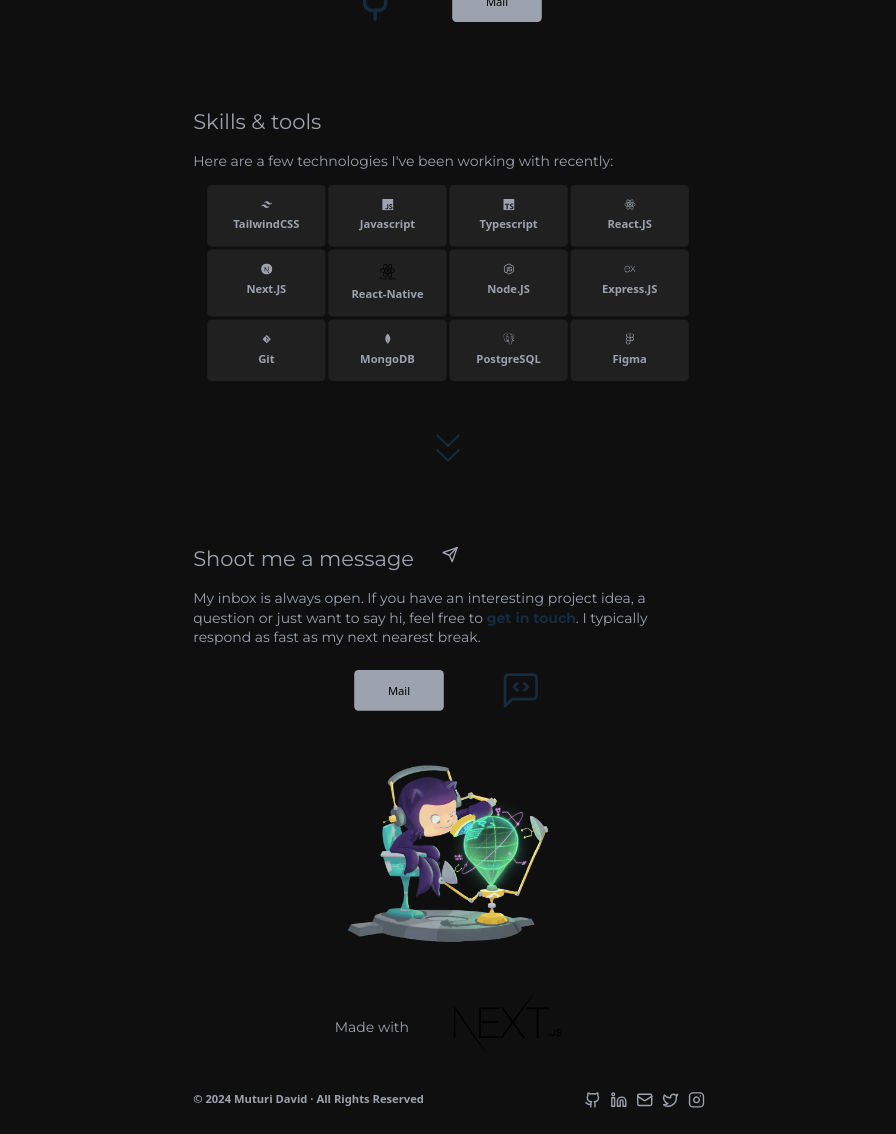
Repository: tushcmd/tushdev-portfolio
Page: /
The author's editor kept a copy of each file at every save. The page is drawn from the files as they stood at one save, then again after the next save.
The browser window is 1280 px wide. The pictures show the part of the page from y = 1016 to 2936 px (the page is 2636 px tall before and 2936 px after), at 70% of full size.
The project was rebuilt for these pictures with package versions that can differ from the ones it lists, and the page was loaded fresh each time. The framework's server and built-in components were replaced by stand-ins that run in the browser. Also part of the build but not shown: next.config.js.

Above is the page before, as saved 2024-05-26 02:39:34.

### app/layout.tsx
import type { Metadata } from 'next'
import { Inter } from 'next/font/google'
import './globals.css'


const inter = Inter({ subsets: ['latin'] })

export const metadata: Metadata = {
  metadataBase: new URL('https://tushdev.co/'),
  alternates: {
    canonical: 'https://tushdev.co/',
    languages: {
      'en-US': '/en-US',
      'de-DE': '/de-DE',
    },
  },
  title: 'Muturi | Web & Mobile developer',
  description: 'I am highly passionate about creating sleek and reliable software.',
  robots: 'index, follow',
  openGraph: {
    title: 'Muturi | Web & Mobile developer',
    description: 'Passionate web developer who loves creating sleek and reliable software.',
    url: 'https://tushdev.co/',
  }
}

export default function RootLayout({
  children,
}: {
  children: React.ReactNode
}) {
  return (
    <html lang="en">
      <body className={`{inter.className} bg-primary w-full overflo-y-visible overflow-x-hidden`} >{children}</body>
    </html>
  )
}

### app/page.tsx
import Navbar from './components/shared/nav';
import Hero from '@/app/components/hero';
import About from './components/about';
import Skills from '@/app/components/Skills/skills'

import GetInTouch from './components/getintouch';
import Footer from './components/shared/footer';
import Projects from './components/projects/projects';

export default function Page() {
  return (
    <main>
      <Navbar />
      <Hero />
      <About />
      <Skills />
      <GetInTouch />
      <Projects />
      <Footer />
    </main>
  );
}

### app/components/shared/nav.tsx
'use client'

import Link from 'next/link';
import { comfortaa } from '@/app/fonts';
import { useEffect } from 'react';

export default function Navbar() {
  useEffect(() => {
    const handleScroll = () => {
      const header = document.getElementById('header');

      if (header && window.scrollY > 10) {
        header.classList.add('border-[#202020]')
        header.classList.add('border-b-2')
        header.classList.add('shadow-md');
      } else if (header) {
        header.classList.remove('border-[#202020]')
        header.classList.remove('border-b-2')
        header.classList.remove('shadow-md');
      }
    };

    window.addEventListener('scroll', handleScroll);

    return () => {
      window.removeEventListener('scroll', handleScroll);
    };
  }, []);

  return (
    <header id='header' className='fixed flex justify-center items-center w-full z-50 t-0 bg-[#0F0F0F]'>
      <div className='flex items-start max-w-3xl py-3 w-full md:px-5 px-5 justify-between'>
        <Link
          href='/'
          className={`${comfortaa.className} antialiased text-4xl text-gray-400`}
        >
          david<span>.</span>
        </Link>
        <div className='flex items-center gap-2'>
          <a
            href='https://www.linkedin.com/in/tushdev/'
            target='_blank'
            rel='_noreferrer'
            className='flex items-center gap-1 md:hover:bg-slate-200 rounded-md px-5 bg-white text-black font-medium py-[0.45rem]'
          >
            <svg
              stroke='currentColor'
              fill='currentColor'
              stroke-width='0'
              viewBox='0 0 448 512'
              className='mt-[0.03rem]'
              height='1em'
              width='1em'
              xmlns='http://www.w3.org/2000/svg'
            >
              <path d='M416 32H31.9C14.3 32 0 46.5 0 64.3v383.4C0 465.5 14.3 480 31.9 480H416c17.6 0 32-14.5 32-32.3V64.3c0-17.8-14.4-32.3-32-32.3zM135.4 416H69V202.2h66.5V416zm-33.2-243c-21.3 0-38.5-17.3-38.5-38.5S80.9 96 102.2 96c21.2 0 38.5 17.3 38.5 38.5 0 21.3-17.2 38.5-38.5 38.5zm282.1 243h-66.4V312c0-24.8-.5-56.7-34.5-56.7-34.6 0-39.9 27-39.9 54.9V416h-66.4V202.2h63.7v29.2h.9c8.9-16.8 30.6-34.5 62.9-34.5 67.2 0 79.7 44.3 79.7 101.9V416z'></path>
            </svg>
            Connect
          </a>
        </div>
      </div>
    </header>
  );
}

### app/components/about.tsx
import { montserrat } from '@/app/fonts'
import about from '@/constants/about';

export default async function About() {
  return (
    <section className='relative flex flex-col justify-center items-center'>
      <div className='flex items-start flex-col md:max-w-3xl pb-10 w-full md:px-5 px-5 justify-between'>
        <h2
          className={`${montserrat.className} text-gray-400 text-2xl md:text-3xl pb-6`}
        >
          About Me
        </h2>
        <p className={`${montserrat.className} text-gray-400 text-base md:text-xl`}>
          I&apos;m {about.paragraph} <br />
          {about.paragraph2}
        </p>
        <i className={`${montserrat.className} text-gray-400 text-base md:text-xl py-6 items-center}`}>ⓘ this dev is subscribed to fireship on YouTube </i>
        <div className='flex flex-row md:max-w-3xl pt-3 md:py-5 py-10 w-full md:px-5 px-5 justify-center space-x-12 md:space-x-20'>
          <svg
            xmlns='http://www.w3.org/2000/svg'
            width='60'
            height='60'
            viewBox='0 0 24 24'
            fill='none'
            stroke='#142c3e'
            stroke-width='2'
            stroke-linecap='round'
            stroke-linejoin='round'
            className='lucide lucide-plug'
          >
            <path d='M12 22v-5' />
            <path d='M9 8V2' />
            <path d='M15 8V2' />
            <path d='M18 8v5a4 4 0 0 1-4 4h-4a4 4 0 0 1-4-4V8Z' />
          </svg>
          <div className='flex items-center gap-2'>
            <a
              href='mailto:muturidavid854@gmail.com'
              target='_blank'
              rel='_noreferrer'
              className='flex items-center gap-1 md:hover:bg-slate-200 text-xm md:text-base rounded-md px-12 bg-gray-400 text-black font-medium py-[1.08rem]'
            >
              Mail
            </a>
          </div>
        </div>
      </div>
    </section>
  );
}

### app/components/Skills/skills.tsx
import { montserrat } from '../../fonts';
import { skills } from './SkillsList.js';

export default async function Skills() {
  return (
    <section className='relative flex flex-col justify-center items-center pt-3 md:py-6'>
      <div className='flex items-start flex-col md:max-w-3xl py-10 w-full md:px-5 px-5 justify-between'>
        <h2
          className={`${montserrat.className} text-gray-400 text-2xl md:text-3xl pb-6`}
        >
          Skills &#x26; tools
        </h2>
        <p
          className={`${montserrat.className} text-gray-400 text-base md:text-xl`}
        >
          Here are a few technologies I&apos;ve been working with recently:
        </p>
        <div className='px-5 mb-5 w-full'>
          <ul className='grid grid-cols-2 gap-1 mt-5 md:grid-cols-4'>
            {skills.map((skill) => {
              const { title, icon } = skill;
              return (
                <li
                  key={skill.id}
                  className='flex flex-col items-center gap-2 p-5 font-semibold rounded-md text-gray-400 bg-[#202020] opacity-1 transform scale-100 translate-x-0 translate-y-0'
                >
                  {icon}
                  {title}
                </li>
              );
            })}
          </ul>
        </div>
        <div className='justify-center flex w-full py-10'>
          <svg
            xmlns='http://www.w3.org/2000/svg'
            width='72'
            height='72'
            viewBox='0 0 24 24'
            fill='none'
            stroke='#142c3e'
            stroke-width='1'
            stroke-linecap='round'
            stroke-linejoin='round'
            className='lucide lucide-chevrons-down'
          >
            <path d='m7 6 5 5 5-5' />
            <path d='m7 13 5 5 5-5' />
          </svg>
        </div>
      </div>
    </section>
  );
}

### app/components/getintouch.tsx
import { montserrat } from '@/app/fonts';

export default async function GetInTouch() {
  return (
    <section className='relative flex flex-col justify-center items-center'>
      <div className='flex items-start flex-col md:max-w-3xl pb-10 w-full md:px-5 px-5 justify-between'>
        <div className='flex items-center'>
            <h6
            className={`${montserrat.className} text-gray-400 text-2xl md:text-3xl pb-6 inline-flex`}
            >
            Shoot me a message
            <span>
                <svg
                xmlns='http://www.w3.org/2000/svg'
                width='24'
                height='24'
                viewBox='0 0 24 24'
                fill='none'
                stroke='currentColor'
                stroke-width='2'
                stroke-linecap='round'
                stroke-linejoin='round'
                className='lucide lucide-send ml-10'
                >
                <path d='m22 2-7 20-4-9-9-4Z' />
                <path d='M22 2 11 13' />
                </svg>
            </span>
            </h6>
        </div>
        <p
          className={`${montserrat.className} text-gray-400 text-base md:text-xl`}
        >
          My inbox is always open. If you have an interesting project idea, a
          question or just want to say hi, feel free to <span className='font-bold text-[#142c3e]'>get in touch</span>. I typically respond as
          fast as my next nearest break.
        </p>
        <div className='flex flex-row md:max-w-3xl md:py-8 py-10 w-full md:px-5 px-5 justify-center space-x-12 md:space-x-20'>
          <div className='flex items-center gap-2'>
            <a
              href='mailto:muturidavid854@gmail.com'
              target='_blank'
              rel='_noreferrer'
              className='flex items-center gap-1 md:hover:bg-slate-200 text-xm md:text-base rounded-md px-12 bg-gray-400 text-black font-medium py-[1.08rem]'
            >
              Mail
            </a>
          </div>
          <svg
            xmlns='http://www.w3.org/2000/svg'
            width='60'
            height='60'
            viewBox='0 0 24 24'
            fill='none'
            stroke='#142c3e'
            stroke-width='1.5'
            stroke-linecap='round'
            stroke-linejoin='round'
            className='lucide lucide-message-square-code'
          >
            <path d='M21 15a2 2 0 0 1-2 2H7l-4 4V5a2 2 0 0 1 2-2h14a2 2 0 0 1 2 2z' />
            <path d='m10 8-2 2 2 2' />
            <path d='m14 8 2 2-2 2' />
          </svg>
        </div>
      </div>
    </section>
  );
}

### app/components/shared/footer.tsx
import { Github } from 'lucide-react';
import { Linkedin } from 'lucide-react';
import { Instagram } from 'lucide-react';
import { Twitter } from 'lucide-react';
import { Mail } from 'lucide-react'
import { montserrat } from '../../fonts';

export default async function Footer() {

  const currentYear = new Date().getFullYear();

  return (
    <section className='relative flex flex-col justify-center items-center pt-16'>
      <div className='flex flex-col md:flex-row md:max-w-3xl items-center gap-8 md:gap-16 justify-center'>
        <p className={`${montserrat.className} text-gray-400 text-xl pt-3`}>Made with</p>
        <svg
          height='92.7'
          preserveAspectRatio='xMidYMid'
          viewBox='0 0 512 309'
          width='153.6'
          xmlns='http://www.w3.org/2000/svg'
        >
          <path d='m120.81043 80.5613102h96.567895v7.6753487h-87.715838v57.7670991h82.485077v7.675348h-82.485077v63.422619h88.721754v7.675348h-97.573811zm105.21877 0h10.260338l45.467384 63.4226188 46.4733-63.4226188 63.211264-80.5613102-103.850254 150.649363 53.514709 74.12771h-10.662704l-48.686315-67.462275-48.887497 67.462275h-10.461521l53.917074-74.12771zm118.899221 7.6753486v-7.6753486h110.047164v7.6753487h-50.698145v136.5404141h-8.852058v-136.5404141zm-344.928421-7.6753486h11.0650714l152.5808586 228.3226968-63.054372-84.106934-91.33713469-133.3086883-.40236623 133.3086883h-8.85205708zm454.083705 134.2241588c-1.808538 0-3.164943-1.401289-3.164943-3.212184 0-1.810897 1.356405-3.212186 3.164943-3.212186 1.830069 0 3.164943 1.401289 3.164943 3.212186 0 1.810895-1.334874 3.212184-3.164943 3.212184zm8.69821-8.450851h4.736648c.06459 2.565437 1.937721 4.290101 4.693588 4.290101 3.078821 0 4.822769-1.854014 4.822769-5.324899v-21.989457h4.82277v22.011016c0 6.251906-3.617077 9.852139-9.602478 9.852139-5.619388 0-9.473297-3.492442-9.473297-8.8389zm25.38413-.280256h4.779709c.409074 2.953486 3.294124 4.829057 7.449457 4.829057 3.875441 0 6.717429-2.004921 6.717429-4.764383 0-2.371411-1.808538-3.794259-5.920812-4.764383l-4.004619-.970122c-5.619389-1.315057-8.181486-4.031402-8.181486-8.601759 0-5.540482 4.521348-9.226949 11.303367-9.226949 6.308355 0 10.915822 3.686467 11.195715 8.925132h-4.693588c-.452134-2.867252-2.949641-4.65659-6.566718-4.65659-3.810849 0-6.351414 1.832454-6.351414 4.635033 0 2.220503 1.636295 3.492442 5.683978 4.441008l3.423305.840772c6.372946 1.487524 8.999632 4.074517 8.999632 8.752668 0 5.950089-4.607467 9.679672-11.970803 9.679672-6.889671 0-11.518667-3.557118-11.863152-9.119156z' />
        </svg>
      </div>
      <div className='flex items-center flex-col md:max-w-3xl md:flex-row-reverse pt-5 pb-2 w-full md:px-5 px-5 justify-between border-t-0'>
        <div className='flex space-x-4 py-8 flex-row text-gray-400'>
          <a
            href='https://github.com/tushcmd'
            className='w-[21px] h-[21px] object-contain cursor-pointer'
          >
            <Github />
          </a>
          <a
            href='https://www.linkedin.com/in/tushdev/'
            className='w-[21px] h-[21px] object-contain cursor-pointer'
          >
            <Linkedin />
          </a>
          <a
            href='mailto:muturidavid854@gmail.com'
            className='w-[21px] h-[21px] object-contain cursor-pointer'
          >
            <Mail />
          </a>
          <a
            href='https://twitter.com/00tush_'
            className='w-[21px] h-[21px] object-contain cursor-pointer'
          >
            <Twitter />
          </a>
          <a
            href='https://www.instagram.com/6eingtush/'
            className='w-[21px] h-[21px] object-contain cursor-pointer'
          >
            <Instagram />
          </a>
        </div>
        <div>
          <strong className='text-gray-400 text-base '>
            <span>&copy;</span> {currentYear} Muturi David · All Rights Reserved
          </strong>
        </div>
      </div>
    </section>
  );
}

### app/components/projects/projects.tsx
import Image from "next/image";

export default function Projects() {
    return(
        <section className='relative flex flex-col justify-center items-center'>
            <Image
                src="/dark-thin.png"
                alt="tush coding"
                width={300}
                height={300}
            />
            <div className="bg-[url('/ssscribble.svg')]"></div>
        </section>
    );
}

### app/fonts.ts
import { Inter, Comfortaa, Open_Sans, Montserrat } from 'next/font/google';

export const inter = Inter({ subsets: ['latin'] });

export const comfortaa = Comfortaa({
  weight: ['400', '700'],
  subsets: ['latin'],
});

export const opensans = Open_Sans({
    weight: ['300', '400', '500', '600', '700', '800'],
    subsets: ['latin']
});

export const montserrat = Montserrat({
  weight: ['300', '400', '500', '600', '700', '800'],
  subsets: ['latin'],
});

### constants/hero.ts
interface Hero {
    greet: string;
    name: string;
    paragraph: string;
}

const hero: Hero = {
    greet: 'Hi there, I am',
    name: 'Muturi David',
    paragraph: `I build web and mobile
    apps`,
};

export default hero;

### constants/about.ts
interface About {
  paragraph: string;
  paragraph2: string;
}

const about: About = {
  paragraph: ' highly passionate about creating sleek and reliable software.',
  paragraph2:
    'I aim at perfecting in building scalable products with high perfomance experiences. I enjoy creating beautiful websites and apps with modern UI/UX.',
};

export default about;

### tailwind.config.ts
import type { Config } from 'tailwindcss'

const config: Config = {
  content: [
    './pages/**/*.{js,ts,jsx,tsx,mdx}',
    './components/**/*.{js,ts,jsx,tsx,mdx}',
    './app/**/*.{js,ts,jsx,tsx,mdx}',
  ],
  theme: {
    extend: {
      colors: {
        primary: "#0F0F0F",
        heading: "#FFFFFF",
        dimGray: "D1D5DB",
        iconBg: '#9CA3AF',
        iconText: '202020',
      },
      screens: {
        sm: '480px',
        md: '768px',
        lg: '976px',
        xl: '1440px',
      },
    },
  },
  plugins: [],
}
export default config

Loaded but not shown: app/globals.css (common file); app/components/Skills/SkillsList.js (88 lines, source omitted); app/components/hero.tsx (132 lines, source omitted)

After the next save:
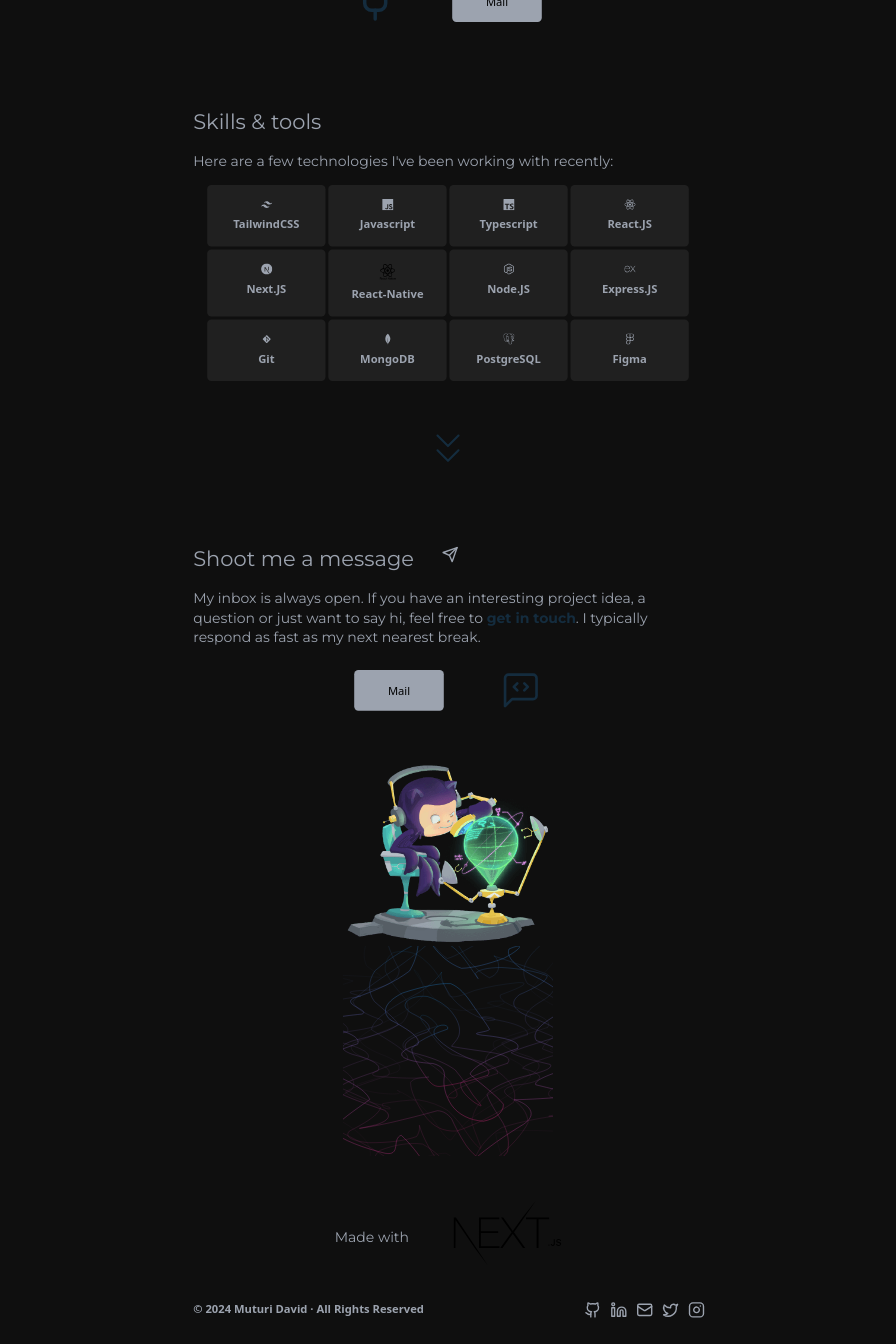
Saved 2 min 45 s later.
--- a/app/components/projects/projects.tsx
+++ b/app/components/projects/projects.tsx
@@ -9,7 +9,13 @@
                 width={300}
                 height={300}
             />
-            <div className="bg-[url('/ssscribble.svg')]"></div>
+            <Image
+            src="/ssscribble.svg"
+            alt="tush coding"
+            width={300}
+            height={300}
+            />
+
         </section>
     );
 }

After the 3 saves that followed:
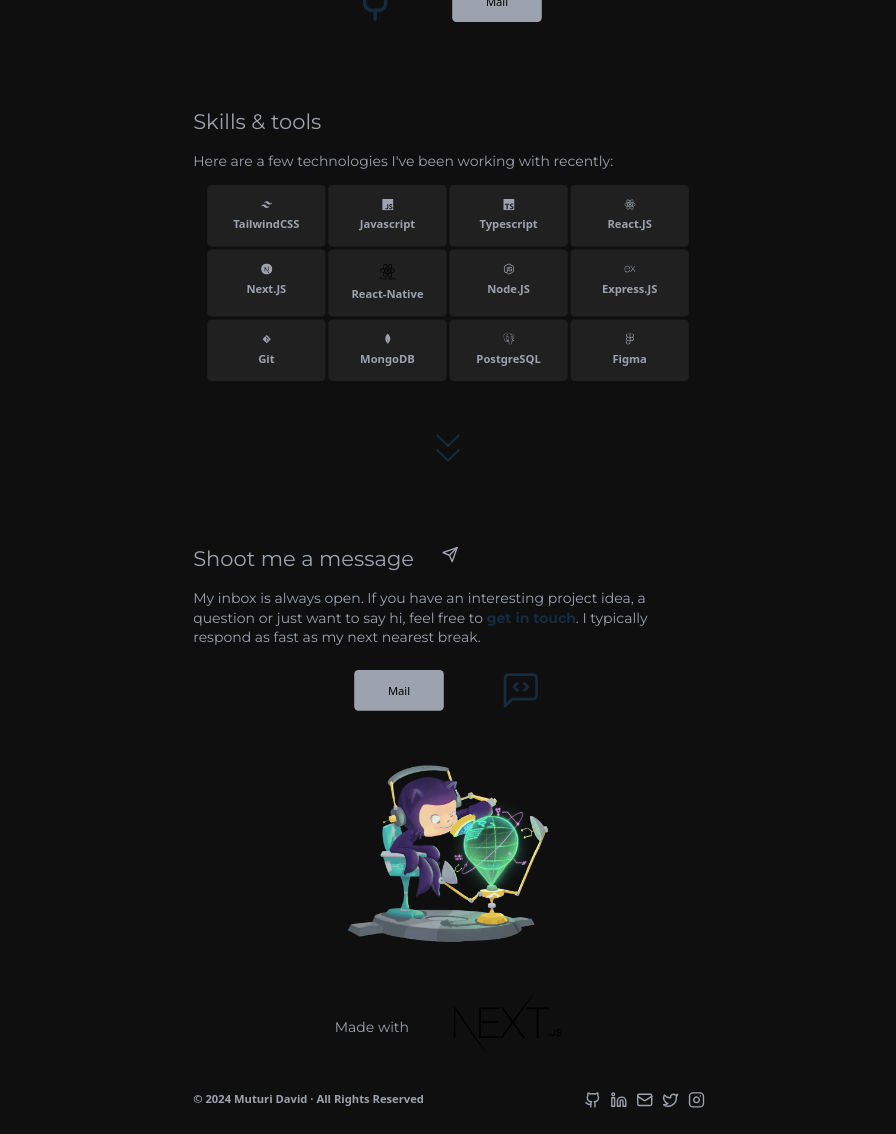
The 3 saves are shown as one change because 2 left the picture as it was.
The last was saved 4 min 31 s later.
--- a/app/components/getintouch.tsx
+++ b/app/components/getintouch.tsx
@@ -1,16 +1,18 @@
 import { montserrat } from '@/app/fonts';
+import Scribble from '/public/ssscribble.svg'
 
 export default async function GetInTouch() {
   return (
-    <section className='relative flex flex-col justify-center items-center'>
+    <section
+      className='relative flex flex-col justify-center items-center'>
       <div className='flex items-start flex-col md:max-w-3xl pb-10 w-full md:px-5 px-5 justify-between'>
         <div className='flex items-center'>
-            <h6
+          <h6
             className={`${montserrat.className} text-gray-400 text-2xl md:text-3xl pb-6 inline-flex`}
-            >
+          >
             Shoot me a message
             <span>
-                <svg
+              <svg
                 xmlns='http://www.w3.org/2000/svg'
                 width='24'
                 height='24'
@@ -21,12 +23,12 @@
                 stroke-linecap='round'
                 stroke-linejoin='round'
                 className='lucide lucide-send ml-10'
-                >
+              >
                 <path d='m22 2-7 20-4-9-9-4Z' />
                 <path d='M22 2 11 13' />
-                </svg>
+              </svg>
             </span>
-            </h6>
+          </h6>
         </div>
         <p
           className={`${montserrat.className} text-gray-400 text-base md:text-xl`}
--- a/app/components/projects/projects.tsx
+++ b/app/components/projects/projects.tsx
@@ -1,7 +1,7 @@
 import Image from "next/image";
 
 export default function Projects() {
-    return(
+    return (
         <section className='relative flex flex-col justify-center items-center'>
             <Image
                 src="/dark-thin.png"
@@ -9,12 +9,7 @@
                 width={300}
                 height={300}
             />
-            <Image
-            src="/ssscribble.svg"
-            alt="tush coding"
-            width={300}
-            height={300}
-            />
+
 
         </section>
     );
